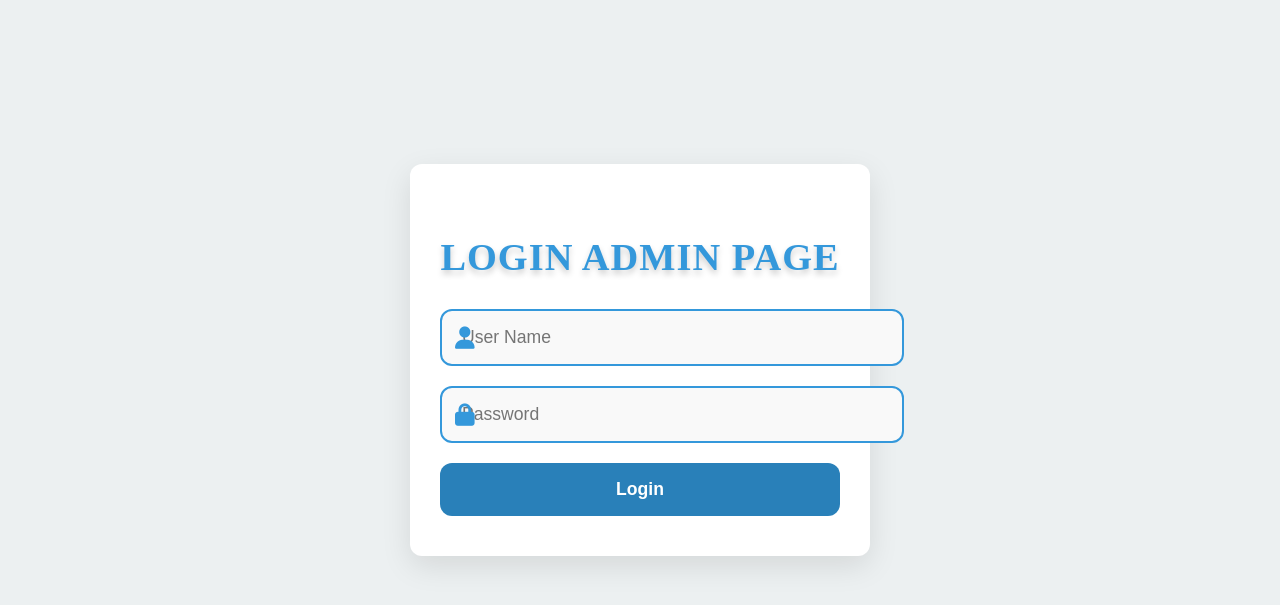
Repository: sadeq2003/library-project-uom
Page: http://localhost/login.php
These files come from the project's save history. The page is drawn as it stood at one moment and after a run of saves; the edit follows.
The browser window is 1280 px wide. The pictures show the whole page.
The page is run by PHP 8.4 with error messages shown; the project is at /var/www/html/.

Above is the page before, as saved 2025-02-01 17:48:05.

### login.php
<?php
session_start();
include('library/include/connect.php');
if (isset($_SESSION['EMAIL'])) {
    header("Location: index.php");
    exit();
}
?>
<!DOCTYPE html>
<html lang="en">
<head>
    <meta charset="UTF-8">
    <meta name="viewport" content="width=device-width, initial-scale=1.0">
    <title>Login Page</title>
    <link rel="stylesheet" href="login_style.css">
    <link href='https://unpkg.com/boxicons@2.1.4/css/boxicons.min.css' rel='stylesheet'>
    <link rel="stylesheet" href="https://cdnjs.cloudflare.com/ajax/libs/font-awesome/6.5.2/css/all.min.css" integrity="sha512-SnH5WK+bZxgPHs44uWIX+LLJAJ9/2PkPKZ5QiAj6Ta86w+fsb2TkcmfRyVX3pBnMFcV7oQPJkl9QevSCWr3W6A==" crossorigin="anonymous" referrerpolicy="no-referrer" />
</head>
<body>
    <section class="hero">
        <form action="login.php" method="post">
            <div class="contian">
                <h1>Login Admin Page</h1>
                <div class="input-box">
                    <input type="email" placeholder="User Name" name="email" required>
                    <i class="fa-solid fa-user"></i>
                </div>
                <div class="input-box">
                    <input type="password" placeholder="Password" name="password" required>
                    <i class="fa-solid fa-lock"></i>
                </div>
                <button type="submit" name="add">Login</button>
            </div>
        </form>
    </section>

    <?php
    @$ademail = $_POST['email'];
    @$adpassword = $_POST['password'];
    @$adadd = $_POST['add'];

    if (isset($adadd)) {
        if (empty($ademail) || empty($adpassword)) {
            echo '<script>alert("Please enter your email address or password.")</script>';
        } else {
            $query = "SELECT * FROM admin WHERE EMAIL='$ademail' AND password='$adpassword'";
            $result = mysqli_query($conn, $query);
            if (mysqli_num_rows($result) > 0) {
                $_SESSION['EMAIL'] = $ademail;
                header("Location: admin.php");
            } else {
                echo '<script>alert("You cannot log in to the admin page. Sorry!")</script>';
                header("Location: index.php");
            }
        }
    }
    ?>
</body>
</html>

### library/include/connect.php
<?php
$host="localhost";
$username="root";
$password="";
$dbname="library";

$conn = mysqli_connect($host,$username,$password,$dbname);
// if(isset($conn))
// {
//     echo"اتصال ناجح ";
// }
// else{
//     echo"اتصال فاشل";
// }

// $DELETE="DELETE from section where sectionname ='sadeq'";
// mysqli_query($conn,$DELETE);
// for($i=0;$i<10;$i++){
// $INSERT="INSERT into section VALUES ($i,'sadeq')";
// mysqli_query($conn,$INSERT);
// }
?>

### login_style.css
:root {
    --primary-color: #3498db; /* الأزرق الهادئ */
    --background-color: #ecf0f1; /* الخلفية الفاتحة */
    --button-color: #2980b9; /* زر باللون الأزرق الداكن */
    --hover-color: #1f618d; /* تأثير التمرير */
    --text-color: #2c3e50; /* اللون الداكن للنص */
    --border-radius: 12px; /* منحنيات الأزرار والإطارات */
    --shadow-color: rgba(0, 0, 0, 0.1); /* تأثير الظلال */
    --font-main: 'Poppins', sans-serif; /* الخط الأساسي */
    --font-title: 'Merriweather', serif; /* خط العنوان */
}

body {
    background-color: var(--background-color);
    color: var(--text-color);
    font-family: var(--font-main);
    display: flex;
    justify-content: center;
    align-items: center;
    height: 100vh;
    margin: 0;
    padding: 0;
}

.hero {
    width: 100%;
    max-width: 400px;
    background-color: #fff;
    padding: 40px 30px;
    border-radius: var(--border-radius);
    box-shadow: 0 10px 30px var(--shadow-color);
    transition: transform 0.4s ease-in-out;
}

.hero:hover {
    transform: translateY(-10px);
}

h1 {
    font-size: 2.4em;
    color: var(--primary-color);
    text-align: center;
    margin-bottom: 30px;
    font-family: var(--font-title);
    letter-spacing: 1px;
    text-transform: uppercase;
    text-shadow: 0 4px 6px rgba(0, 0, 0, 0.2);
}

.input-box {
    margin-bottom: 20px;
    position: relative;
}

.input-box input {
    width: 100%;
    padding: 16px 40px 16px 20px; /* إضافة مسافة للأيقونة */
    font-size: 1.1em;
    border: 2px solid var(--primary-color);
    border-radius: var(--border-radius);
    background-color: #f9f9f9;
    color: var(--text-color);
    outline: none;
    transition: border-color 0.3s ease, box-shadow 0.3s ease;
}

.input-box input:focus {
    border-color: var(--button-color);
    box-shadow: 0 0 10px var(--button-color);
}

.input-box i {
    position: absolute;
    left: 15px;
    top: 50%;
    transform: translateY(-50%);
    color: var(--primary-color);
    font-size: 1.4em; /* تحسين حجم الأيقونة */
}

button {
    width: 100%;
    padding: 16px;
    background-color: var(--button-color);
    color: #fff;
    font-size: 1.1em;
    font-weight: bold;
    border-radius: var(--border-radius);
    border: none;
    cursor: pointer;
    transition: background-color 0.3s ease, transform 0.3s ease;
}

button:hover {
    background-color: var(--hover-color);
    transform: translateY(-5px);
}

button:active {
    transform: translateY(0);
}

/* Media Queries for responsiveness */
@media (max-width: 600px) {
    .hero {
        padding: 40px 30px;
        max-width: 90%;
    }

    h1 {
        font-size: 2.2em;
    }

    .input-box input {
        padding: 16px 30px 16px 20px; /* تحسين المسافات للأيقونة */
        font-size: 1em;
    }

    button {
        padding: 14px;
        font-size: 1.1em;
    }
}

After the next 4 saves:
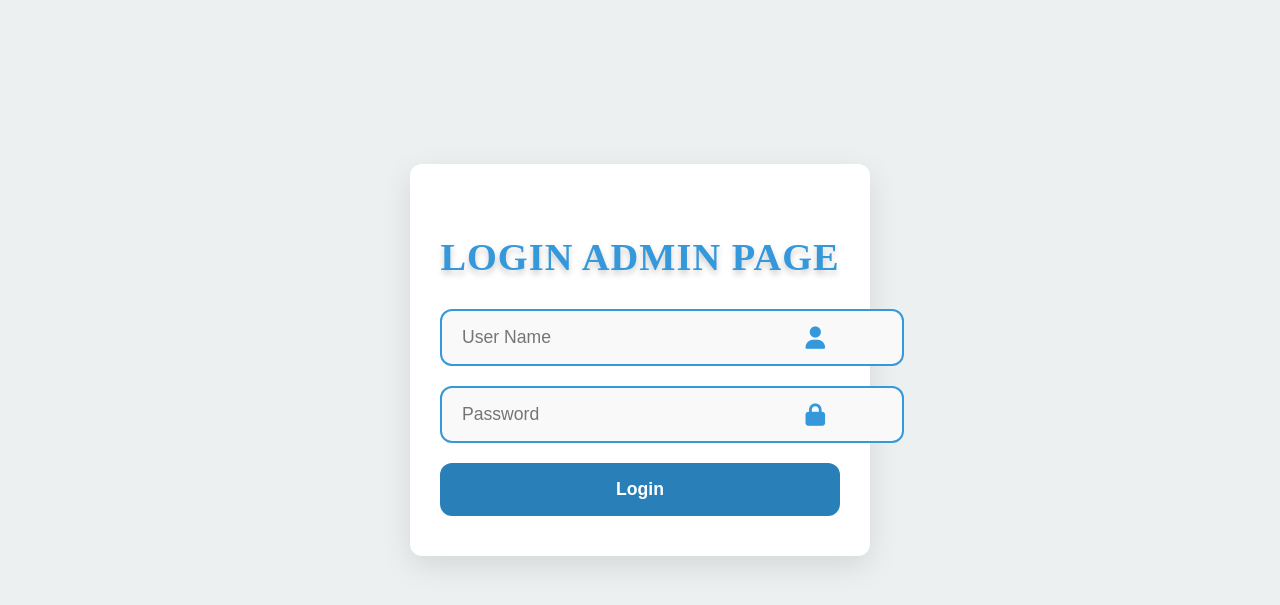
The 4 saves are shown as one change because they came seconds apart.
The last was saved 39 s later.
--- a/login_style.css
+++ b/login_style.css
@@ -71,7 +71,7 @@ h1 {
 
 .input-box i {
     position: absolute;
-    left: 15px;
+    right: 15px;
     top: 50%;
     transform: translateY(-50%);
     color: var(--primary-color);
